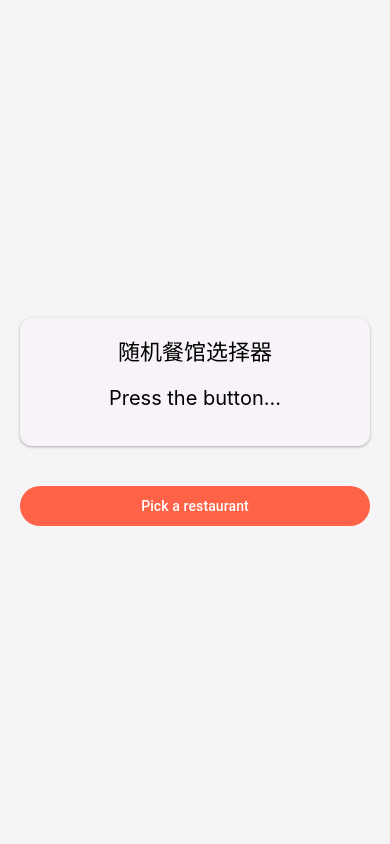
Repository: RidenShogunei/react-native-liveapp
Page: /Res (app in LiveTool/)
An editor plug-in stored every save of this project. The page is shown before and after the next save, followed by the edit.
The browser window is 390 px wide. The pictures show the whole page.
The page's requests for data from a server got no answer. The app was drawn by React Native's web renderer in a window 390 px wide. The project was rebuilt for these pictures with package versions that can differ from the ones it lists, and the page was loaded fresh each time. No one was signed in, and anything a server would have sent is missing.

Above is the page before, as saved 2024-05-12 12:51:30.

### LiveTool/App.tsx
import React from 'react';
import {NavigationContainer} from '@react-navigation/native';
import {createStackNavigator} from '@react-navigation/stack';
import MainPage from './pages/mian';
import {PaperProvider} from 'react-native-paper';
import {MD3LightTheme as DefaultTheme} from 'react-native-paper';
import Res from './pages/chooseRestaurant';
// 创建一个 Stack Navigator
const Stack = createStackNavigator();
const theme = {
  ...DefaultTheme,
  colors: {
    ...DefaultTheme.colors,
    primary: 'tomato',
    secondary: 'yellow',
  },
};
function App() {
  return (
    <PaperProvider theme={theme}>
      <NavigationContainer>
        <Stack.Navigator initialRouteName="Main">
          <Stack.Screen
            name="Main"
            component={MainPage}
            options={{headerShown: false}}
          />
          <Stack.Screen
            name="Res"
            component={Res}
            options={{headerShown: false}}
          />
        </Stack.Navigator>
      </NavigationContainer>
    </PaperProvider>
  );
}

export default App;

### LiveTool/pages/mian.tsx
import React, {useState, useEffect} from 'react';
import {View, Text, ScrollView, Dimensions, StyleSheet} from 'react-native';
import {Card, Button} from 'react-native-paper';
import {Picker} from '@react-native-picker/picker';
const {width: viewportWidth} = Dimensions.get('window');

function MainPage({ navigation }) {
  const [weather, setWeather] = useState(null);
  const [city, setCity] = useState(101010100);
  useEffect(() => {
    fetch(
      `https://devapi.qweather.com/v7/weather/now?location=${city}&key=acfa15e64b854efcb254f98a8b29568e`,
    )
      .then(response => {
        console.log('Response status:', response.status);
        return response.json();
      })
      .then(data => {
        console.log('Weather data:', data);
        setWeather(data);
      })
      .catch(error => {
        console.error('Error fetching weather data:', error);
      });
  }, [city]);

  return (
    <ScrollView contentContainerStyle={{flexGrow: 1}}>
      <ScrollView
        horizontal
        pagingEnabled
        showsHorizontalScrollIndicator={false}
        contentContainerStyle={{
          alignItems: 'center',
          justifyContent: 'center',
        }}>
        {weather && (
          <Card style={{width: viewportWidth}}>
            <Card.Content>
              <Text style={styles.text}>实时天气</Text>
              <Picker
                selectedValue={city}
                style={{
                  height: 50,
                  width: 120,
                  borderWidth: 1,
                  borderColor: '#000',
                  shadowColor: '#000',
                  shadowOffset: {width: 0, height: 2},
                  shadowOpacity: 0.8,
                  shadowRadius: 2,
                  elevation: 1,
                }}
                onValueChange={(itemValue, itemIndex) => setCity(itemValue)}>
                <Picker.Item label="北京" value="101010100" />
                <Picker.Item label="上海" value="101020100" />
                <Picker.Item label="嘉定" value="101020500" />
                {/* 更多城市省略... */}
              </Picker>
              <Text>{`Temperature: ${weather.now.temp}度`}</Text>
              <Text>{`Feels Like: ${weather.now.feelsLike}度`}</Text>
              <Text>{`Weather: ${weather.now.text}`}</Text>
              <Text>{`Wind Direction: ${weather.now.windDir}`}</Text>
              <Text>{`Wind Scale: ${weather.now.windScale}级`}</Text>
            </Card.Content>
          </Card>
        )}
      </ScrollView>

      <View>
        <Card style={{margin: 10}}>
          <Card.Content>
            <Text style={styles.text}>选餐馆{'\n'}</Text>
            <Button
              mode="contained"
              onPress={() => navigation.navigate('Res')}>
              Press me
            </Button>
          </Card.Content>
        </Card>
        <Card style={{margin: 10}}>
          <Card.Content>
            <Text style={styles.text}>Card content{'\n'}</Text>
            <Button
              mode="contained"
              onPress={() => console.log('Button pressed')}>
              Press me
            </Button>
          </Card.Content>
        </Card>
        <Card style={{margin: 10}}>
          <Card.Content>
            <Text style={styles.text}>More card content{'\n'}</Text>
            <Button
              mode="contained"
              onPress={() => console.log('Another button pressed')}>
              Press me
            </Button>
          </Card.Content>
        </Card>
        {/* 更多的 Card... */}
      </View>
    </ScrollView>
  );
}
const styles = StyleSheet.create({
  container: {
    flex: 1,
    backgroundColor: '#fff',
    alignItems: 'center',
    justifyContent: 'center',
  },
  text: {
    textAlign: 'center',
    fontSize: 20,
  },
});
export default MainPage;

### LiveTool/pages/chooseRestaurant.tsx
import React, {useState} from 'react';
import {View, Text, StyleSheet} from 'react-native';
import {Button, Card} from 'react-native-paper';

const RestaurantPicker = () => {
  const [selectedRestaurant, setSelectedRestaurant] = useState(
    'Press the button...',
  );
  const restaurants = [
    'KFC',
    'MacDonalds',
    'Burger King',
    'Pizza Hut',
    'Taco Bell',
    'Subway',
    'Starbucks',
    "Domino's",
  ];

  const selectRestaurant = () => {
    let index = 0;
    const intervalId = setInterval(() => {
      setSelectedRestaurant(restaurants[index]);
      index = index === restaurants.length - 1 ? 0 : index + 1;
    }, 100);

    setTimeout(() => clearInterval(intervalId), 2000); // after 2 seconds, the name will stop changing
  };

  return (
    <View style={styles.container}>
      <Card style={styles.card}>
        <Card.Content>
          <Text style={{fontSize: 22, textAlign: 'center',color:'black'}}>
            随机餐馆选择器
          </Text>
          <Text style={styles.text}>{selectedRestaurant}</Text>
        </Card.Content>
      </Card>
      <Button mode="contained" onPress={selectRestaurant} style={styles.button}>
        Pick a restaurant
      </Button>
    </View>
  );
};

const styles = StyleSheet.create({
  container: {
    flex: 1,
    justifyContent: 'center',
    paddingHorizontal: 20,
    backgroundColor: '#f5f5f5',
  },
  text: {
    fontSize: 20,
    textAlign: 'center',
    marginVertical: 20,
  },
  card: {
    marginBottom: 20,
  },
  button: {
    marginTop: 20,
  },
});

export default RestaurantPicker;

After the next save:
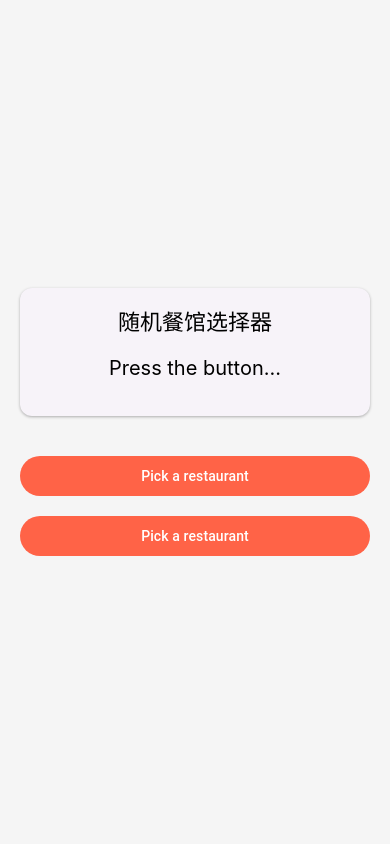
Saved 24 s later.
--- a/LiveTool/pages/chooseRestaurant.tsx
+++ b/LiveTool/pages/chooseRestaurant.tsx
@@ -40,6 +40,9 @@ const RestaurantPicker = () => {
       <Button mode="contained" onPress={selectRestaurant} style={styles.button}>
         Pick a restaurant
       </Button>
+      <Button mode="contained" onPress={selectRestaurant} style={styles.button}>
+        Pick a restaurant
+      </Button>
     </View>
   );
 };
